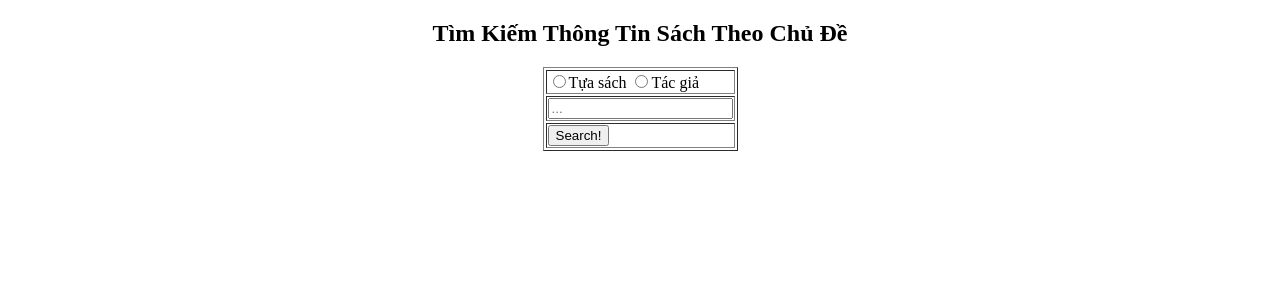
Repository: trangtruc/Java_NangCao
Page: http://localhost/EBookShop/myeshop.jsp
These files come from the project's save history. The page is drawn as it stood at one moment and after the next save; the edit follows.
The browser window is 1280 px wide. The pictures show the whole page.
The page is served by Tomcat 9.

Above is the page before, as saved 2017-03-14 15:15:50.

After the next save:
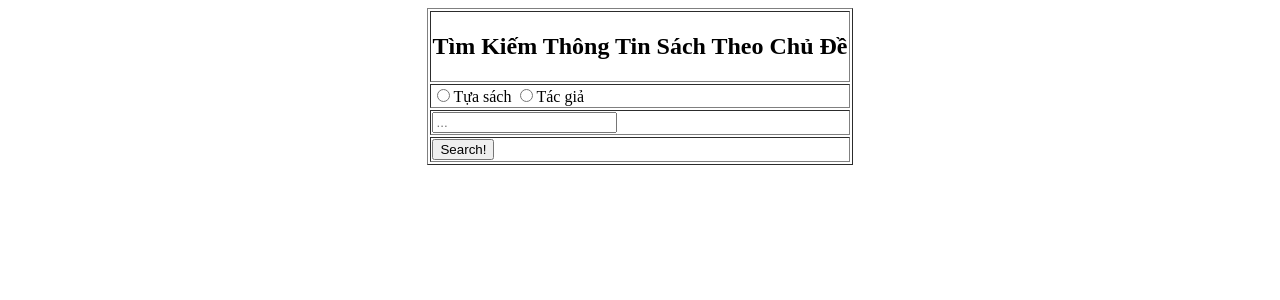
Saved 32 s later.
--- a/Buoi4/EBookShop/WebContent/myeshop.jsp
+++ b/Buoi4/EBookShop/WebContent/myeshop.jsp
@@ -7,9 +7,14 @@
 <title>Insert title here</title>
 </head>
 <body>
-	<h2 align="center">Tìm Kiếm Thông Tin Sách Theo Chủ Đề</h2>
+
 	<form method="POST" action="Controller">
 	<table align="center" border="1" >
+		<tr>
+			<td>
+				<h2 align="center">Tìm Kiếm Thông Tin Sách Theo Chủ Đề</h2>
+			</td>
+		</tr>
 		<tr>
 			<td>
 				<input type="radio" name="ra" value="title"/>Tựa sách

After the 2 saves that followed:
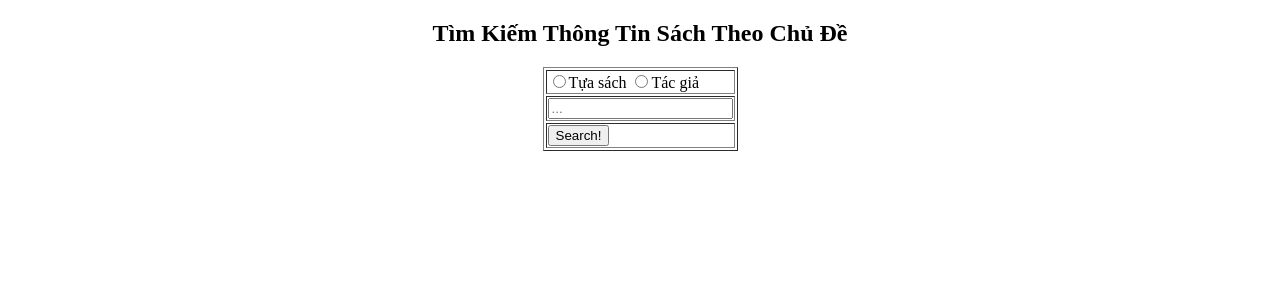
The 2 saves are shown as one change because 1 left the picture as it was.
The last was saved 49 s later.
--- a/Buoi4/EBookShop/WebContent/myeshop.jsp
+++ b/Buoi4/EBookShop/WebContent/myeshop.jsp
@@ -7,14 +7,9 @@
 <title>Insert title here</title>
 </head>
 <body>
-
+	<h2 align="center">Tìm Kiếm Thông Tin Sách Theo Chủ Đề</h2>
 	<form method="POST" action="Controller">
 	<table align="center" border="1" >
-		<tr>
-			<td>
-				<h2 align="center">Tìm Kiếm Thông Tin Sách Theo Chủ Đề</h2>
-			</td>
-		</tr>
 		<tr>
 			<td>
 				<input type="radio" name="ra" value="title"/>Tựa sách
